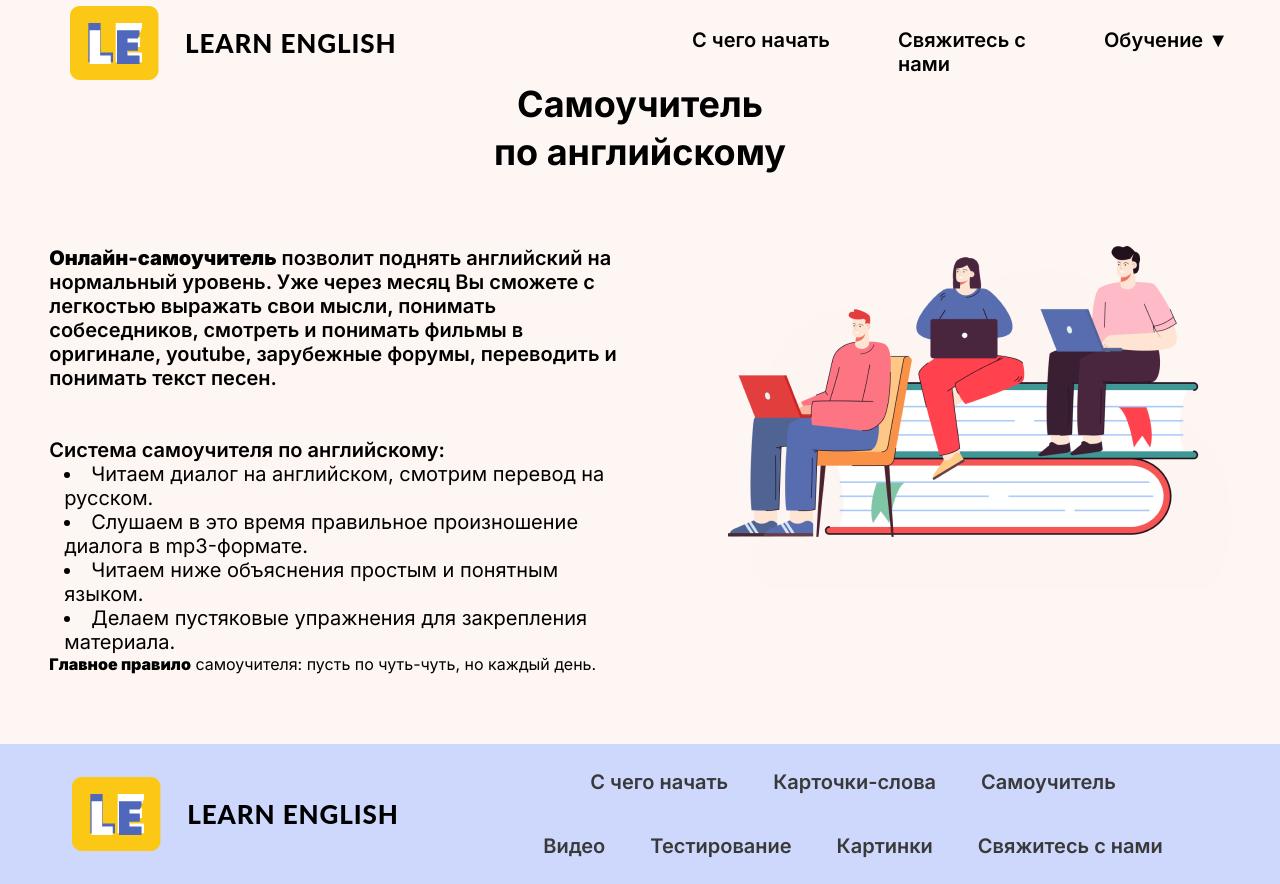
Repository: WladimirVA/Diplom
Page: scool/lesson.html
The author's editor kept a copy of each file at every save. The page is drawn from the files as they stood at one save, then again after the next save.
The browser window is 1280 px wide. The pictures show the whole page.

Above is the page before, as saved 2023-07-19 16:21:55.

After the next save:
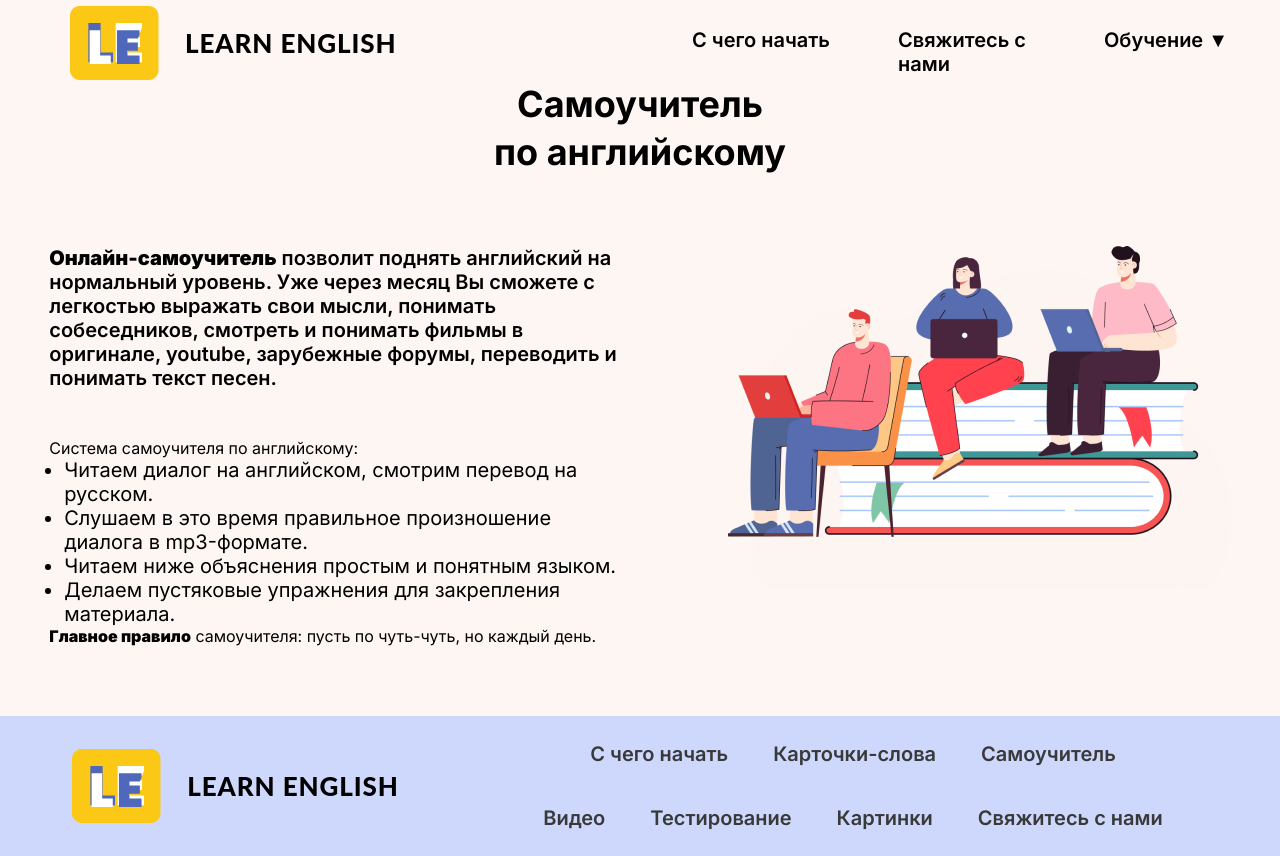
Saved 2 min 0 s later.
--- a/scool/lesson.html
+++ b/scool/lesson.html
@@ -49,11 +49,12 @@
                 <div class="content-tutorial">
                     <div class="tutorial-inf">
                         <p><span  style="font-weight:900"> Онлайн-самоучитель</span> позволит поднять английский на нормальный уровень. Уже через месяц Вы сможете с легкостью выражать свои мысли, понимать собеседников, смотреть и понимать фильмы в оригинале, youtube, зарубежные форумы, переводить и понимать текст песен. <br><br><br>
-                            Система самоучителя по английскому:
-                            <li>Читаем диалог на английском, смотрим перевод на русском.</li>
-                            <li>Слушаем в это время правильное произношение диалога в mp3-формате.</li>
-                            <li>Читаем ниже объяснения простым и понятным языком.</li>
-                            <li>Делаем пустяковые упражнения для закрепления материала.</li>
+                            <ul>Система самоучителя по английскому:
+                                <li>Читаем диалог на английском, смотрим перевод на русском.</li>
+                                <li>Слушаем в это время правильное произношение диалога в mp3-формате.</li>
+                                <li>Читаем ниже объяснения простым и понятным языком.</li>
+                                <li>Делаем пустяковые упражнения для закрепления материала.</li>
+                            </ul>
                             <span  style="font-weight:900"> Главное правило</span> самоучителя: пусть по чуть-чуть, но каждый день.
                         </p>
                     </div>
